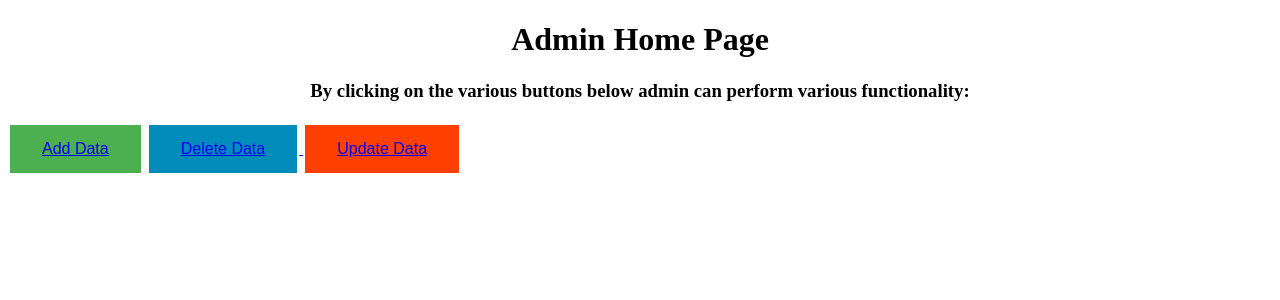
Repository: Shreya200012/FoodBox
Page: http://localhost/foodWeb/adminhome.jsp
An editor plug-in stored every save of this project. The page is shown before and after the next save, followed by the edit.
The browser window is 1280 px wide. The pictures show the whole page.
The page is served by Tomcat 9. Other server files are loaded and not shown.

Above is the page before, as saved 2022-06-14 13:57:11.

### foodWeb/src/main/webapp/adminhome.jsp
<%@ page language="java" contentType="text/html; charset=ISO-8859-1"
    pageEncoding="ISO-8859-1"%>
<!DOCTYPE html>
<html>
<head>
<style>
.button {
  border: none;
  color: white;
  padding: 15px 32px;
  text-align: center;
  text-decoration: none;
  display: inline-block;
  font-size: 16px;
  margin: 4px 2px;
  cursor: pointer;
  align: center;
}


.button1 {background-color: #4CAF50;} /* Green */
.button2 {background-color: #008CBA;} /* Blue */
.button3 {background-color: #ff4000;}
</style>
</head>
<body>

<h1 align="center">Admin Home Page</h1>
<h3 align="center">By clicking on the various buttons below admin can perform various functionality: </h3>

<button class="button button1 " ><a href="addData.jsp">Add Data</a></button>
<button class="button button2 " ><a href="deleteData.jsp">Delete Data</button>
<button class="button button3 " ><a href="updateData.jsp">Update Data</button>

</body>
</html>

After the next save:
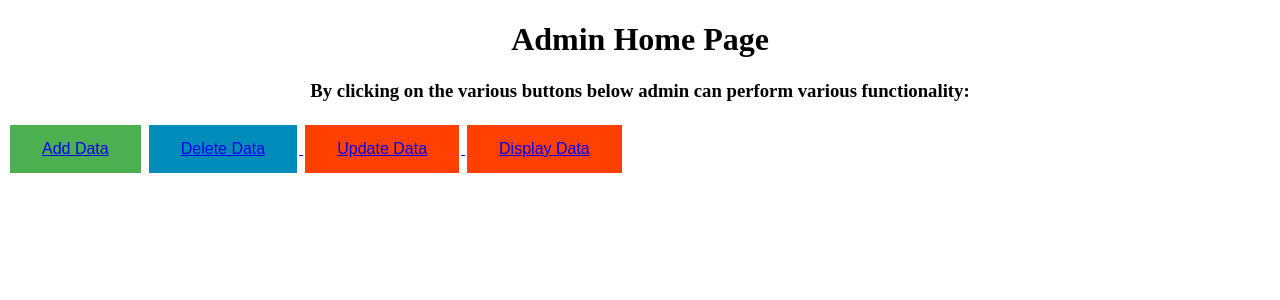
Saved 2 h 23 min later.
--- a/foodWeb/src/main/webapp/adminhome.jsp
+++ b/foodWeb/src/main/webapp/adminhome.jsp
@@ -31,6 +31,8 @@
 <button class="button button1 " ><a href="addData.jsp">Add Data</a></button>
 <button class="button button2 " ><a href="deleteData.jsp">Delete Data</button>
 <button class="button button3 " ><a href="updateData.jsp">Update Data</button>
+<button class="button button3 " ><a href="showData.jsp">Display Data</button>
+
 
 </body>
 </html>
